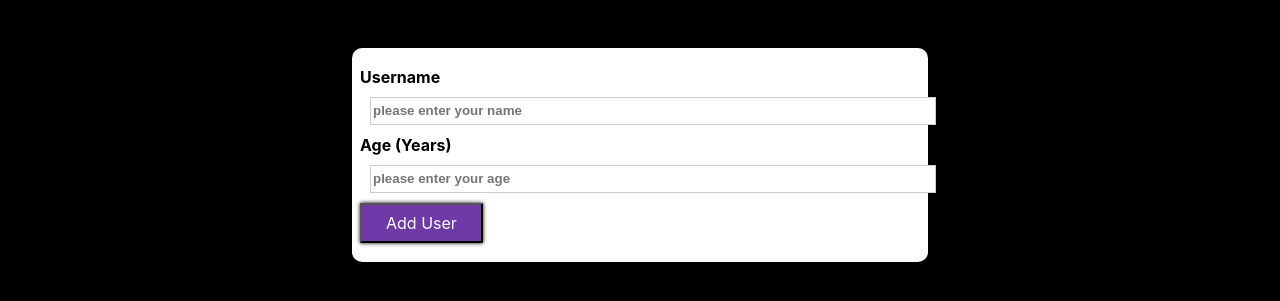
Repository: NamalPathirana/section-eight
Page: /
These files come from the project's save history. The page is drawn as it stood at one moment and after the next save; the edit follows.
The browser window is 1280 px wide. The pictures show the whole page.
The project was rebuilt for these pictures with package versions that can differ from the ones it lists, and the page was loaded fresh each time.

Above is the page before, as saved 2021-11-26 02:53:02.

After the next save:
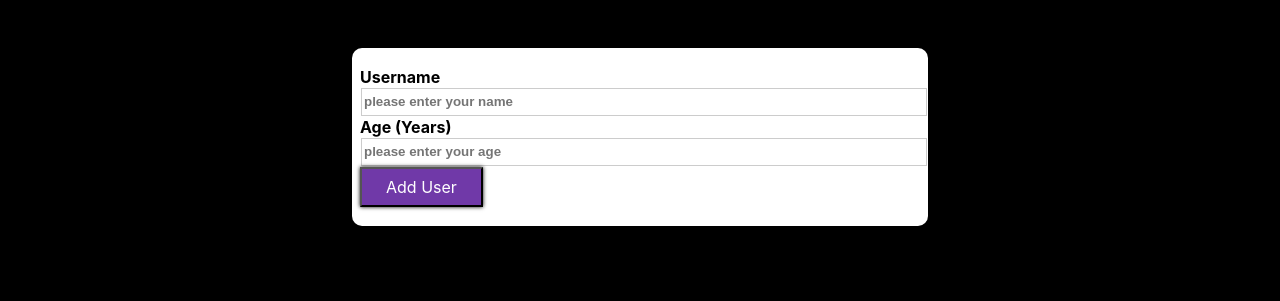
Saved 6 s later.
--- a/src/Components/UserInput/UserInput.module.css
+++ b/src/Components/UserInput/UserInput.module.css
@@ -16,7 +16,7 @@
     line-height: 1.5rem;
     padding: 100 0.25rm;
     width: 100%;
-    margin: 10px;
+    margin: 1px;
 }
 
 .frame label{
